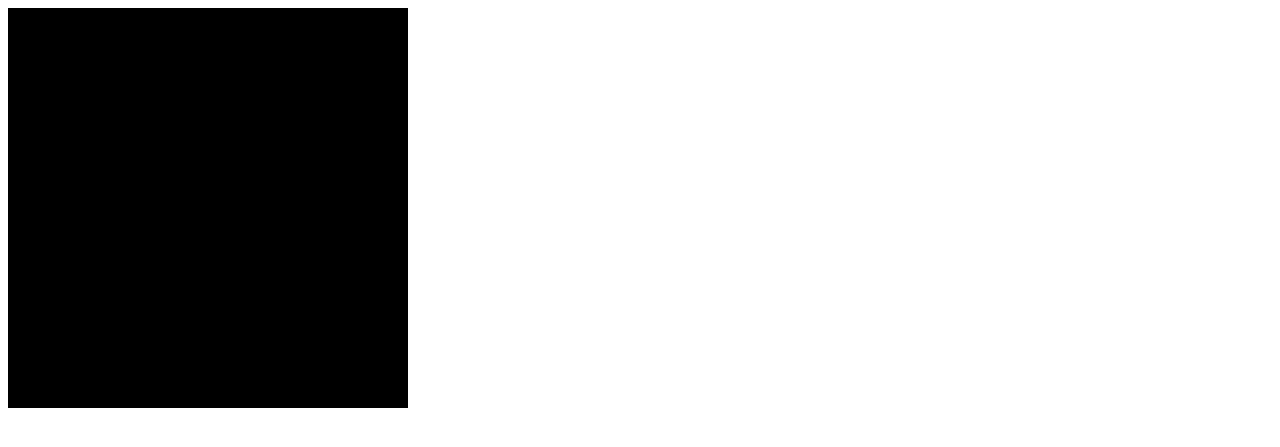
Repository: shaneikennedy/game-of-life
Page: index.html
The author's editor kept a copy of each file at every save. The page is drawn from the files as they stood at one save, then again after the next save.
The browser window is 1280 px wide. The pictures show the whole page.

Above is the page before, as saved 2018-10-27 17:45:34.

### index.html
<!DOCTYPE html>
<html>
<head>
    <meta charset="utf-8" />
    <meta http-equiv="X-UA-Compatible" content="IE=edge">
    <title>Game of Life</title>
    <meta name="viewport" content="width=device-width, initial-scale=1">
    <script src="gol.js"></script>
</head>
<body>
    <canvas id="gc" width="400" height="400"></canvas>
</body>
</html>

### gol.js
let living = [];
let currentGen = [];
let changes = [];
let rule1 = 0;
let rule2 = 0;
let rule3 = 0;
let rule4 = 0;

window.onload = () => {
  canv = document.getElementById("gc");
  ctx = canv.getContext("2d");
  init();
  setInterval(gol, 1000); //render 4 times/sec
}

function gol() {
  //render backgroud
  ctx.fillStyle = "black";
  ctx.fillRect(0, 0, canv.width, canv.height);

  // TODO evaluate life forms
  evaluate();
  console.log(rule1, rule2, rule3, rule4)
  rule1 = rule2 = rule3 = rule4 = 0;

  //render new data
  renderLiving();
};

// populates the canvas with the initial living, random for now
function init() {
  // living initialization
  for (let i = 0; i < 1000; i++) {
    living.push({
      x: Math.round(Math.random() * 25 + 200),
      y: Math.round(Math.random() * 25 + 200),
    });
  }

  // Grid initialization
  let row = [];
  row.length = 400;
  for (let i = 0; i < 400; i++) {
    row.fill(0, 0, 399)
    currentGen.push(row.map(e => e));
  }

  // populate grid with living objects
  living.forEach(e => {
    currentGen[e.x][e.y] = 1;
  });

  //initialize changes, during initialization all living ones are the changes
  changes = living.map(e => e);
}

function renderLiving() {
  living.forEach(coord => {
    ctx.fillStyle = 'lime';
    ctx.fillRect(coord.x, coord.y, 1, 1);
  });
}

function isLiving(cell) {
  // living.forEach(e => {
  //   if(e.x === cell.x && e.y === cell.y) return true;
  // });
  // return false;
  return currentGen[cell.x][cell.y] === 1;
}

function evaluate() {
  let newLiving = [];
  // changes for the next generation
  let newChanges = [];
  // represents the next generation
  let newGen = currentGen.slice(0);
  changes.forEach(e => {
    const x = e.x;
    const y = e.y;
    // need to check the 8 elements surrounding the living at x,y
    for (let i = x - 1; i <= x + 1; i++) {
      for (let j = y - 1; j <= y + 1; j++) {
        evaluateNeighbours(i, j, newLiving, newChanges, newGen);
      }
    }
  });
  living = newLiving;
  changes = newChanges;
  currentGen = newGen;
}

function evaluateNeighbours(x, y, newLiving, newChanges, newGen) {
  let livingNeighbours = 0;
  for (let i = x - 1; i <= x + 1; i++) {
    for (let j = y - 1; j <= y + 1; j++) {
      if (i !== x && j !== y) {
        livingNeighbours += currentGen[i][j];
      }
    }
  }
  // Rules check
  const living = isLiving({x,y});
  if (living && livingNeighbours < 2) {
    rule1++;
    newGen[x][y] = 0;
    newChanges.push({x,y});
  } else if (living && livingNeighbours >= 2 && livingNeighbours <= 3) {
    rule2++;
    //newChanges.push({x,y});
    newLiving.push({x,y});
  } else if (living && livingNeighbours > 3) {
    rule3++;
    newGen[x][y] = 0;
    newChanges.push({x: x, y: y});
  } else if (!living && livingNeighbours === 3) {
    rule4++;
    newGen[x][y] = 1;
    newChanges.push({x,y});
    newLiving.push({x,y});
  }
}

After the next save:
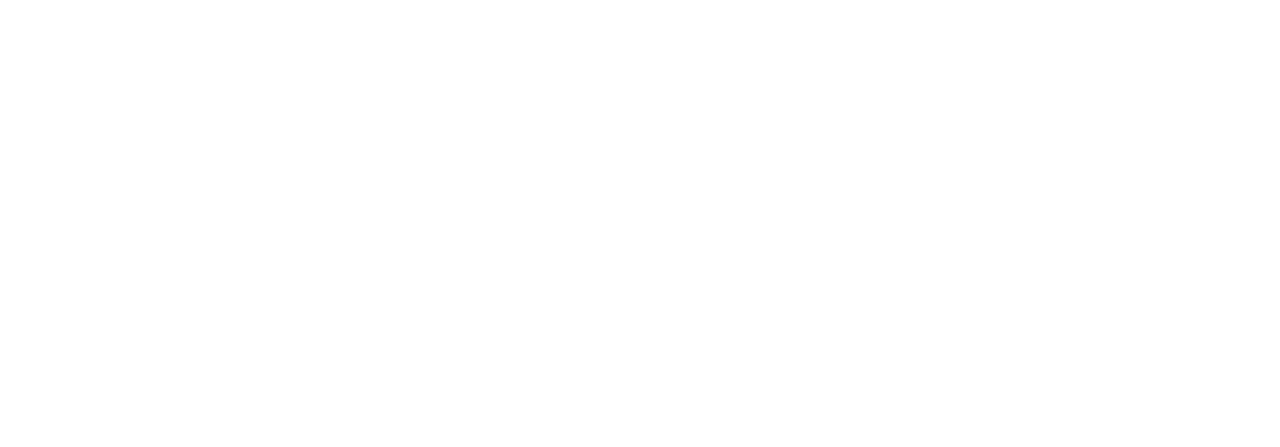
Console error: TypeError: Cannot set properties of undefined (setting '414')
Saved 26 s later.
--- a/gol.js
+++ b/gol.js
@@ -32,8 +32,8 @@
   // living initialization
   for (let i = 0; i < 1000; i++) {
     living.push({
-      x: Math.round(Math.random() * 25 + 200),
-      y: Math.round(Math.random() * 25 + 200),
+      x: Math.round(Math.random() * 250 + 200),
+      y: Math.round(Math.random() * 250 + 200),
     });
   }
 

After the save that followed:
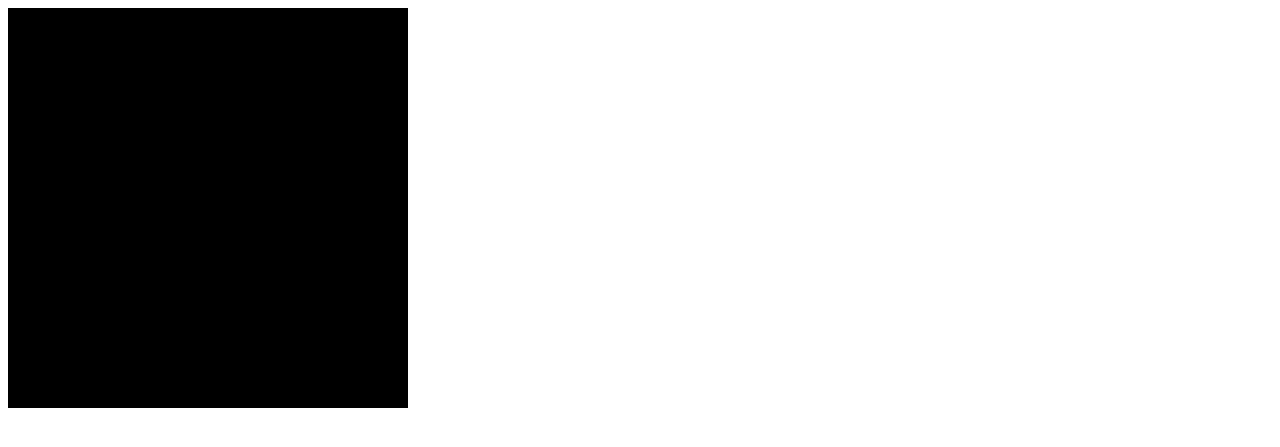
The error is gone.
Saved 11 s later.
--- a/gol.js
+++ b/gol.js
@@ -32,8 +32,8 @@
   // living initialization
   for (let i = 0; i < 1000; i++) {
     living.push({
-      x: Math.round(Math.random() * 250 + 200),
-      y: Math.round(Math.random() * 250 + 200),
+      x: Math.round(Math.random() * 25 + 200),
+      y: Math.round(Math.random() * 25 + 200),
     });
   }
 
